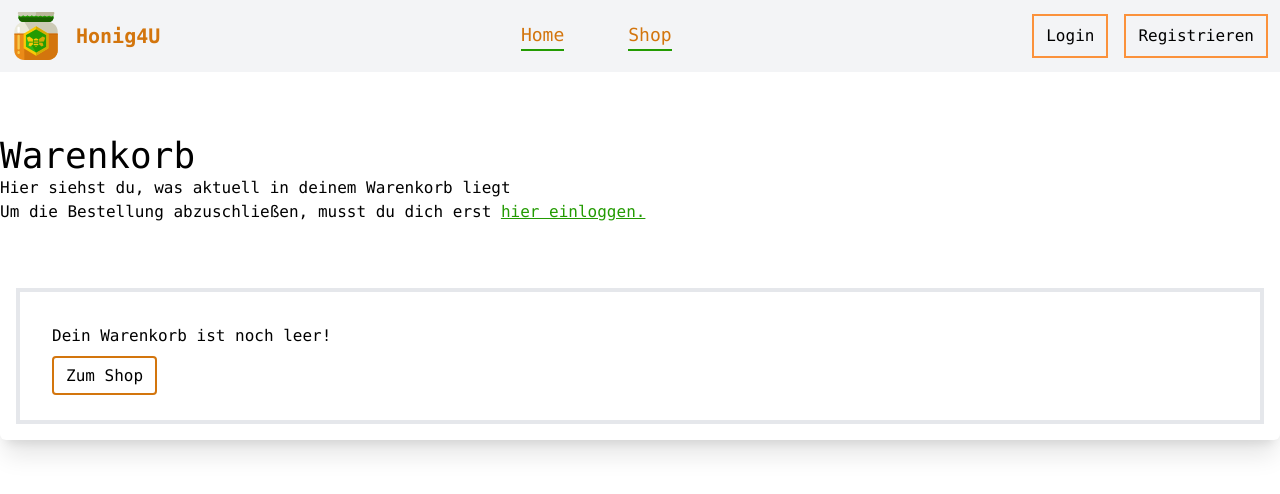
Repository: cainytheslave/PHPHonigShop
Page: http://localhost/warenkorb.php
These files come from the project's save history. The page is drawn as it stood at one moment and after the next save; the edit follows.
The browser window is 1280 px wide. The pictures show the whole page.
The page is run by PHP 8.4 with error messages shown; the project is at /var/www/html/. Style sheets and scripts are compiled from the project's sources, by tool versions that may differ from the author's.

Above is the page before, as saved 2022-03-11 01:38:27.

### warenkorb.php
<?php

session_start();

$produkte = require('core/produkte.php');
$einstellungen = require('core/einstellungen.php');

if (!isset($_SESSION['warenkorb'])) {
    $_SESSION['warenkorb'] = [];
}

if (isset($_POST['clear'])) {
    $_SESSION['warenkorb'] = [];
}

foreach ($produkte as $id => $produkt) {
    if (isset($_POST[$id])) {
        switch ($_POST[$id]) {
            case 'Entfernen':
                unset($_SESSION['warenkorb'][$id]);
                break;
            case 'Ändern':
                if (isset($_POST['count'])) {
                    $anzahl = intval($_POST['count']);
                    if ($anzahl <= 0) {
                        unset($_SESSION['warenkorb'][$id]);
                    } else {
                        $_SESSION['warenkorb'][$id] = $anzahl;
                    }
                } else {
                    $errors = ['Keine Anzahl definiert.'];
                    break;
                }
        }

        header('Location: warenkorb.php');
    }
}

?>

<!DOCTYPE html>
<html lang="en">

<head>
    <meta charset="UTF-8">
    <meta http-equiv="X-UA-Compatible" content="IE=edge">
    <meta name="viewport" content="width=device-width, initial-scale=1.0">
    <title><?= $einstellungen['firma'] ?> Warenkorb</title>

    <?php include('includes/head.inc.php') ?>
</head>

<body class="font-mono">

    <?php include('includes/header.inc.php') ?>

    <main class="flex flex-col gap-8 py-16 mx-auto max-w-7xl">
        <?php if (isset($errors) && count($errors) > 0) : ?>
            <section class="bg-red-300 border-2 border-red-500 rounded-md w-full mx-auto shadow-xl p-4">
                <?php foreach ($errors as $error) : ?>
                    <p class="text-lg font-semibold">Error: <?= $error ?></p>
                <?php endforeach; ?>
            </section>
        <?php endif; ?>

        <section>
            <h1 class="text-4xl">Warenkorb</h1>
            <p>Hier siehst du, was aktuell in deinem Warenkorb liegt</p>
            <?php if (!isset($_SESSION['user'])) echo '<p>Um die Bestellung abzuschließen, musst du dich erst <a class="underline text-honeygreen" href="login.php">hier einloggen.</a></p>'; ?>

        </section>

        <section class="bg-white w-full mx-auto rounded-md shadow-xl p-4">
            <div class="flex flex-col py-8 border-4 mt-4 px-8">
                <?php if (empty($_SESSION['warenkorb'])) : ?>
                    <span class="">
                        <p class="mb-4">Dein Warenkorb ist noch leer!</p>
                        <a href="shop.php" class="px-3 py-2 border-2 border-honey rounded">Zum Shop</a>
                    </span>
                <?php else : ?>
                    <?php foreach ($_SESSION['warenkorb'] as $sorte => $anzahl) : ?>
                        <div class="flex items-center gap-3 my-3 bg-gray-200 py-3 px-3">
                            <img src="images/<?= $sorte ?>.png" class="w-24 h-24" alt="">
                            <div class="w-full">
                                <h2 class="text-xl mb-3"><?= $produkte[$sorte]['name'] ?></h2>
                                <span class="flex flex-col sm:flex-row items-center w-full justify-between gap-3">
                                    <form action="" method="POST">
                                        Menge: <input type="number" class="px-3 py-2 border-green-500 border-2" name="count" value="<?= $anzahl ?>">
                                        <input type="submit" class="px-3 py-2 border-green-500 border-2" name="<?= $sorte ?>" value="Ändern">
                                    </form>
                                    <form action="" method="POST">
                                        <input type="submit" class="px-3 py-2 border-red-500 border-2" name="<?= $sorte ?>" value="Entfernen">
                                    </form>
                                    <div class="flex items-center grow justify-end">
                                        <p class="text-xl bg-white px-3 py-2">CHF <?= sprintf('%.2f', $produkte[$sorte]['preis'] * $anzahl) ?></p>
                                    </div>
                                </span>
                            </div>
                        </div>
                    <?php endforeach; ?>
                    <div class="flex flex-col items-center gap-3 my-3 bg-gray-200 py-3 px-3">
                        <div class="flex flex-col w-full gap-2 mb-3 items-stretch">
                            <div class="border-t-2 border-black"></div>
                            <div class="border-t-2 border-black"></div>
                        </div>
                        <div class="flex items-center justify-between w-full">
                            <div class="flex gap-4">
                                <form action="" method="POST">
                                    <input class="px-3 py-2 bg-red-500 text-white border-honey border-2" type="submit" name="clear" value="Warenkorb löschen">
                                </form>
                                <form action="" method="POST">
                                    <input class="px-3 py-2 bg-green-500 text-white border-honey border-2" type="submit" name="clear" value="Bestellen">
                                </form>
                            </div>
                            <div class="flex items-center grow justify-end">
                                <?php
                                $gesamt = 0;
                                foreach ($_SESSION['warenkorb'] as $sorte => $anzahl) {
                                    $gesamt += $produkte[$sorte]['preis'] * $anzahl;
                                }
                                ?>
                                <span class="flex gap-2 items-center">
                                    <p class="text-xl">Gesamt:</p>
                                    <p class="text-xl bg-white px-3 py-2">CHF <?= sprintf('%.2f', $gesamt) ?></p>
                                </span>

                            </div>
                        </div>
                    </div>
                <?php endif; ?>
            </div>
        </section>
    </main>
</body>

</html>

### core/produkte.php
<?php

return [
    'akazie' => [
        'name' => 'Akazienhonig',
        'beschreibung' => 'Leckerer Akazienhonig, direkt abgezapft vom Akazienbaum deines Vertrauens.',
        'preis' => 8.5
    ],
    'heide' => [
        'name' => 'Heidehonig',
        'beschreibung' => 'Leckerer Heidehonig, ist seinen Preis wert denn es war eine Heidenarbeit!',
        'preis' => 12.5
    ],
    'klee' => [
        'name' => 'Kleehonig',
        'beschreibung' => 'Vierblättriger Kleehonig. Der sortenreine Blütenhonig mit einem milden Aroma.',
        'preis' => 6.5,
    ],
    'tannen' => [
        'name' => 'Tannenhonig',
        'beschreibung' => 'Leckerer Tannenhonig. Mit seinen würzig-kräftigen Aromen ein Genuss für jeden Feinschmecker.',
        'preis' => 10
    ]
];

### core/einstellungen.php
<?php

return [
    'firma' => 'Honig4U'
];

### includes/head.inc.php
<!-- Styling -->
<link rel="stylesheet" href="style.css">

<!-- AlpineJS (Javascript Framework für Mobiles Menu https://alpinejs.dev) -->
<script defer src="https://unpkg.com/alpinejs@3.x.x/dist/cdn.min.js"></script>

### includes/header.inc.php
<?php

require('core/Komponente.php');
$einstellungen = require('core/einstellungen.php');

?>

<!-- Header -->
<header class="w-full bg-gray-100" x-data="{open: false}">
    <!-- Desktop -->
    <div class="flex items-center justify-between px-3 py-3 mx-auto max-w-7xl">

        <!-- Logo -->
        <div class="flex items-center gap-4">
            <img src="images/logo.svg" class="w-12 h-12" alt="Logo">
            <p class="text-xl font-semibold text-honey"><?= $einstellungen['firma'] ?></p>
        </div>

        <!-- Mobile Menu -->
        <img @click="open = !open" src="images/menu.svg" class="block w-10 h-10 sm:hidden" alt="">

        <!-- Navigation-->
        <ul class="items-center hidden gap-16 sm:flex">
            <li class="text-lg border-b-2 border-honeygreen">
                <a href="index.php" class="text-honey">Home</a>
            </li>
            <li class="text-lg border-b-2 border-honeygreen">
                <a href="shop.php" class="text-honey">Shop</a>
            </li>
        </ul>

        <!-- Warenkorb / Login -->
        <div class="items-center hidden gap-4 sm:flex">
            <?php if (isset($_SESSION['user'])) : ?>

                <?= Komponente::link('<img src="images/basket.svg" class="w-10 h-10" alt="">', 'warenkorb.php') ?>

                <?= Komponente::link('<img src="images/logout.svg" class="w-10 h-10" alt="">', 'logout.php?to=login.php') ?>
            <?php else : ?>
                <?= Komponente::link('Login', 'login.php') ?>
                <?= Komponente::link('Registrieren', 'registrierung.php') ?>
            <?php endif; ?>
        </div>
    </div>

    <!-- -->
    <div class="flex flex-col gap-2 px-2 border-t-2 sm:hidden" x-show="open" style="display:none">
        <ul class="flex flex-col gap-2">
            <a href="index.php" class="text-honey">
                <li class="py-3 text-lg text-center border-2 rounded-md border-b-none border-honeygreen">
                    Home
                </li>
            </a>
            <a href="shop.php" class="text-honey">
                <li class="py-3 text-lg text-center border-2 rounded-md border-honeygreen">
                    Shop
                </li>
            </a>
        </ul>
        <div class="items-center gap-4">
            <?php if (isset($_SESSION['user'])) : ?>
                <a href="warenkorb.php" class="relative flex items-center gap-3" x-data="{open: false}" @click="open = !open">
                    <p>Warenkorb</p>
                    <img src="images/basket.svg" class="w-10 h-10" alt="">
                </a>
            <?php else : ?>
                <div class="flex gap-3">
                    <a href="login.php" class="flex items-center gap-2 px-2 py-1 font-semibold rounded-md text-honey grow ring-2 ring-honeygreen">
                        Login
                    </a>
                    <a href="registrierung.php" class="flex items-center gap-2 px-2 py-1 font-semibold text-white rounded-md grow ring-2 ring-honey bg-honeygreen">
                        Registrieren
                    </a>
                </div>

            <?php endif; ?>
        </div>
    </div>
</header>

### core/Komponente.php
<?php

class Komponente
{

    static function link($text = "", $href = "", $border = "orange")
    {
        $classes = "text-center px-3 py-2 border-2 hover:bg-gray-200 active:scale-95 hover:scale-105 border-$border-400";
        return "<a href='$href' class='$classes'>$text</a>";
    }

    static function button($text = "", $name = "", $border = "orange")
    {
        $classes = "text-center px-3 py-2 border-2 hover:bg-gray-200 active:scale-95 hover:scale-105 border-$border-400";
        return "<input type='submit' name='$name' class='$classes' value='$text' />";
    }

    static function input($type = "text", $placeholder = '', $name = '')
    {
        $classes = "text-center px-3 py-2 border-2 hover:bg-gray-200 active:scale-95 hover:scale-105 border-orange-400";
        return "<input type='$type' name='$name' class='$classes' placeholder='$placeholder' />";
    }

    static function alert($error = true, $data = [])
    {
        $str = '<section class="w-full p-4 mx-auto mt-4 bg-green-300 border-2 border-green-500 shadow-xl">';
        if ($error) $str = '<section class="w-full p-4 mx-auto mt-4 bg-red-300 border-2 border-red-500 shadow-xl">';

        foreach ($data as $entry) {
            $str .= '<p class="text-lg font-semibold">' . $entry . '</p>';
        }

        $str .= '</section>';

        return $str;
    }
}

### tailwind.config.js
module.exports = {
    content: [
        "./*.{html,js,php}",
        "./core/*.php",
        "./includes/*.php"
    ],
    theme: {
        extend: {
            colors: {
                honey: '#d3750d',
                honeylight: '#d3ab05',
                honeygreen: '#239b02'
            }
        },
    },
    safelist: [{
            pattern: /border-(orange|green|red)-400/,
        },
        {
            pattern: /border-(green|red)-500/
        },
        {
            pattern: /bg-(green|red)-300/
        }
    ],
    plugins: [],
}

### images/logo.svg
<?xml version="1.0" encoding="iso-8859-1"?>
<!-- Generator: Adobe Illustrator 19.0.0, SVG Export Plug-In . SVG Version: 6.00 Build 0)  -->
<svg version="1.1" id="Layer_1" xmlns="http://www.w3.org/2000/svg" xmlns:xlink="http://www.w3.org/1999/xlink" x="0px" y="0px"
	 viewBox="0 0 496.8 496.8" style="enable-background:new 0 0 496.8 496.8;" xml:space="preserve">
<path style="fill:#EAE9DA;" d="M472.4,403.2c0,56-46.4,92.8-102.4,92.8H128.4c-56,0-104-44.8-104-92.8V204.8
	C24.4,149.6,70,104,125.2,104h245.6c56,0,100.8,45.6,100.8,100.8v198.4H472.4z"/>
<path style="fill:#CCCAB6;" d="M128.4,104H370c56,0,102.4,41.6,102.4,97.6v197.6c0,56-46.4,97.6-102.4,97.6"/>
<path style="fill:#EA8B18;" d="M24.4,224v174.4c0,56,46.4,97.6,102.4,97.6H370c56,0,102.4-41.6,102.4-97.6V224H24.4z"/>
<path style="fill:#D3750D;" d="M128.4,496H370c56,0,102.4-41.6,102.4-97.6v-172L126,224.8"/>
<path style="fill:#F7CA4D;" d="M80.4,376.8c0,6.4-5.6,12-12,12l0,0c-6.4,0-12-5.6-12-12V247.2c0-6.4,5.6-12,12-12l0,0
	c6.4,0,12,5.6,12,12V376.8z"/>
<path style="fill:#FFFFFF;" d="M80.4,201.6c0,6.4-5.6,12-12,12l0,0c-6.4,0-12-5.6-12-12v-38.4c0-5.6,5.6-11.2,12-11.2l0,0
	c6.4,0,12,5.6,12,12V201.6z"/>
<path style="fill:#F7CA4D;" d="M80.4,423.2c0,6.4-5.6,12-12,12l0,0c-6.4,0-12-5.6-12-12v-8c0-6.4,5.6-12,12-12l0,0
	c6.4,0,12,5.6,12,12V423.2z"/>
<path style="fill:#239B02;" d="M430.8,52c0,26.4-21.6,52-48,52H114c-26.4,0-48-25.6-48-52l0,0c0-26.4,21.6-52,48-52h268
	C409.2,0,430.8,25.6,430.8,52L430.8,52z"/>
<path style="fill:#1A6000;" d="M430.8,53.6L430.8,53.6c0,26.4-21.6,50.4-48,50.4H114c-26.4,0-48-22.4-48-48.8l0,0"/>
<path style="fill:#CCCAB6;" d="M437.2,12c0-8-6.4-12-13.6-12H73.2c-8,0-13.6,4-13.6,12c0,4.8,2.4,8,5.6,10.4
	c2.4,13.6,14.4,23.2,28,23.2c8.8,0,16.8-4.8,22.4-11.2c5.6,6.4,12.8,10.4,22.4,10.4c8.8,0,16.8-4,22.4-10.4
	c5.6,6.4,12.8,10.4,22.4,10.4c8.8,0,16.8-4,22.4-10.4c5.6,6.4,12.8,10.4,22.4,10.4s16.8-4,22.4-10.4c5.6,6.4,12.8,10.4,22.4,10.4
	c9.6,0,16.8-4,22.4-10.4c5.6,6.4,12.8,10.4,22.4,10.4c8.8,0,16.8-4,22.4-10.4c5.6,6.4,12.8,10.4,22.4,10.4c8.8,0,16.8-4,22.4-10.4
	c5.6,6.4,12.8,10.4,22.4,10.4c14.4,0,25.6-9.6,28-23.2C434.8,20,437.2,16.8,437.2,12z"/>
<path style="fill:#BAB699;" d="M423.6,0H248.4v35.2c0,0,0-0.8,0.8-0.8c5.6,6.4,12.8,10.4,21.6,10.4c8.8,0,16.8-4,22.4-10.4
	c5.6,6.4,12.8,10.4,22.4,10.4c8.8,0,16.8-4,22.4-10.4c5.6,6.4,12.8,10.4,22.4,10.4c8.8,0,16.8-4,22.4-10.4
	c5.6,6.4,12.8,10.4,22.4,10.4c14.4,0,25.6-10.4,28-24c3.2-2.4,5.6-4.8,5.6-9.6C437.2,4,430.8,0,423.6,0z"/>
<rect x="24.4" y="224" style="fill:#C65E00;" width="448" height="8"/>
<polygon style="fill:#F9CA06;" points="376.4,376 248.4,452 120.4,376 120.4,224 248.4,147.2 376.4,224 "/>
<polyline style="fill:#D3AB05;" points="248.4,147.2 376.4,224 376.4,376 248.4,452 "/>
<polygon style="fill:#34B515;" points="352.4,359.2 248.4,418.4 144.4,359.2 144.4,240.8 248.4,180.8 352.4,240.8 "/>
<polyline style="fill:#239B02;" points="144.4,240.8 249.2,180.8 352.4,240.8 352.4,359.2 248.4,418.4 "/>
<g>
	<polygon style="fill:#F9CA06;" points="224.4,328 224.4,339.2 226,344 270.8,344 272.4,339.2 272.4,328 	"/>
	<polygon style="fill:#F9CA06;" points="272.4,296 272.4,283.2 248.4,272 224.4,283.2 224.4,296 	"/>
</g>
<g>
	<rect x="224.4" y="304" style="fill:#D3AB05;" width="48" height="16"/>
	<polygon style="fill:#D3AB05;" points="236.4,352 248.4,363.2 260.4,352 	"/>
</g>
<g>
	<polygon style="fill:#F9CA06;" points="216.4,280 216.4,308.8 166.8,305.6 153.2,265.6 179.6,253.6 	"/>
	<polygon style="fill:#F9CA06;" points="216.4,336.8 216.4,316 180.4,318.4 170.8,347.2 190,356 	"/>
</g>
<g>
	<polygon style="fill:#D3AB05;" points="280.4,280 280.4,308.8 330,305.6 343.6,265.6 317.2,253.6 	"/>
	<polygon style="fill:#D3AB05;" points="280.4,336.8 280.4,316 316.4,318.4 326,347.2 306.8,356 	"/>
</g>
<g>
</g>
<g>
</g>
<g>
</g>
<g>
</g>
<g>
</g>
<g>
</g>
<g>
</g>
<g>
</g>
<g>
</g>
<g>
</g>
<g>
</g>
<g>
</g>
<g>
</g>
<g>
</g>
<g>
</g>
</svg>

### images/menu.svg
<svg width="512px" height="512px" viewBox="0 0 512 512" xmlns="http://www.w3.org/2000/svg"><path fill="#000" d="M32 96v64h448V96H32zm0 128v64h448v-64H32zm0 128v64h448v-64H32z"/></svg>

Loaded but not shown: tailwind.css (common file)

After the next save:
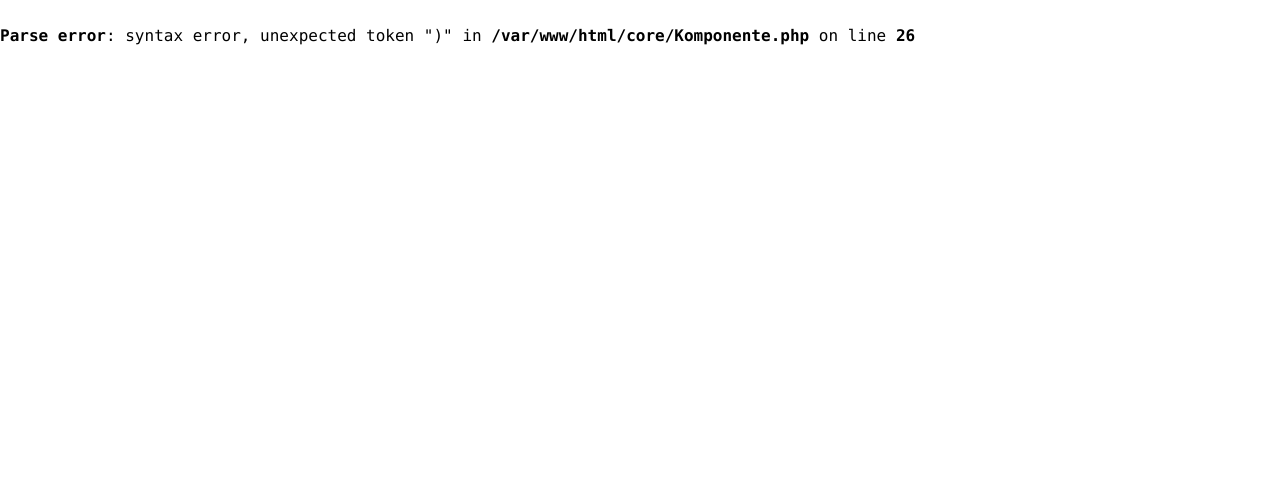
Saved 46 s later.
--- a/core/Komponente.php
+++ b/core/Komponente.php
@@ -21,8 +21,10 @@
         return "<input type='$type' name='$name' class='$classes' placeholder='$placeholder' />";
     }
 
-    static function alert($error = true, $data = [])
+    static function alert($error = true, $data)
     {
+        if()
+
         $str = '<section class="w-full p-4 mx-auto mt-4 bg-green-300 border-2 border-green-500 shadow-xl">';
         if ($error) $str = '<section class="w-full p-4 mx-auto mt-4 bg-red-300 border-2 border-red-500 shadow-xl">';
 

After the save that followed:
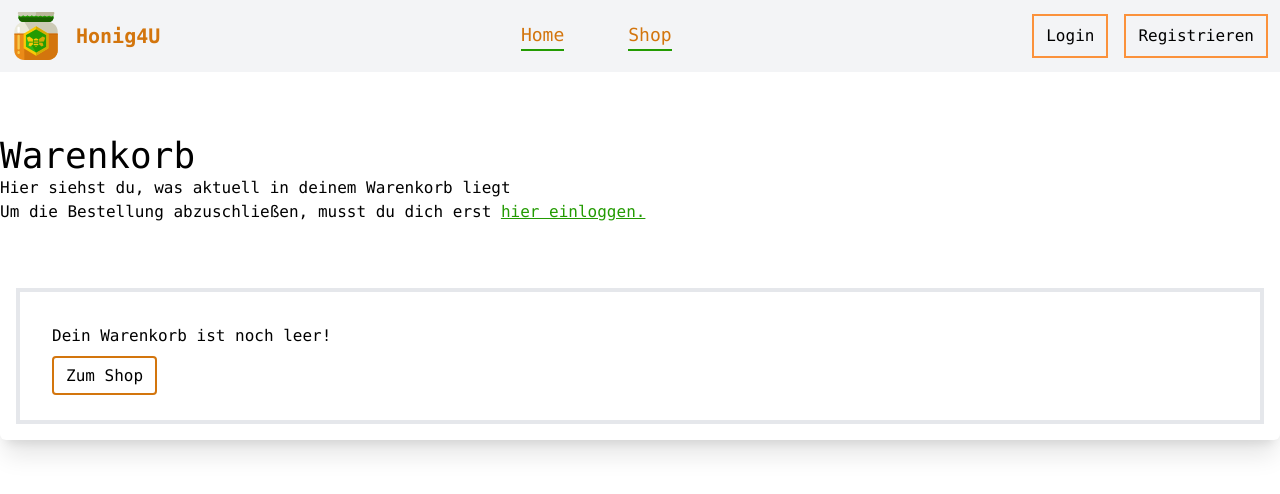
Saved 25 s later.
--- a/core/Komponente.php
+++ b/core/Komponente.php
@@ -23,7 +23,7 @@
 
     static function alert($error = true, $data)
     {
-        if()
+        if (count($data) <= 0) return '';
 
         $str = '<section class="w-full p-4 mx-auto mt-4 bg-green-300 border-2 border-green-500 shadow-xl">';
         if ($error) $str = '<section class="w-full p-4 mx-auto mt-4 bg-red-300 border-2 border-red-500 shadow-xl">';
